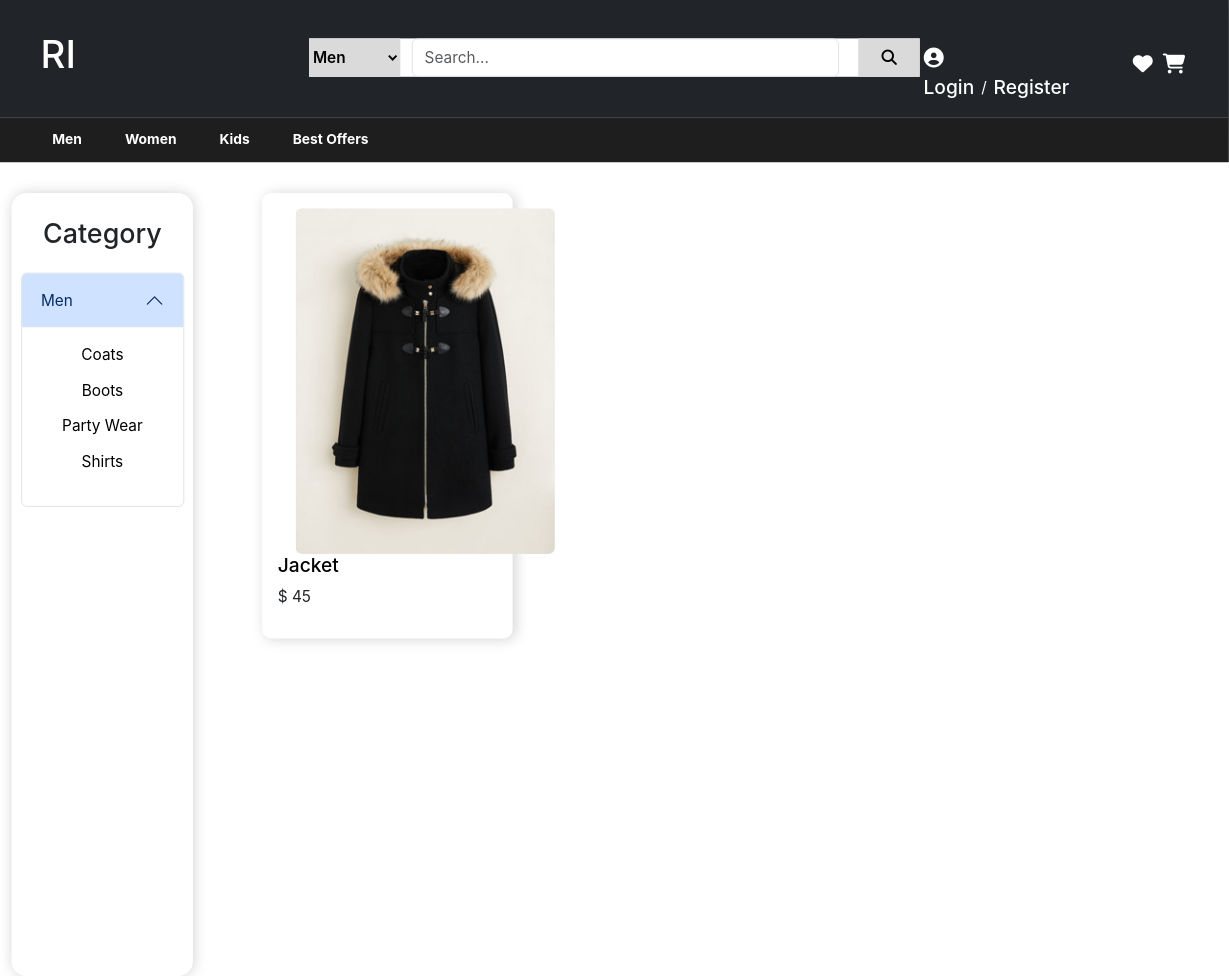
Repository: KodandaraoChellapilli/e-store
Page: /
An editor plug-in stored every save of this project. The page is shown before and after the next save, followed by the edit.
The browser window is 1280 px wide. The pictures show the whole page, at 96% of full size.
The project was rebuilt for these pictures with package versions that can differ from the ones it lists, and the page was loaded fresh each time. Also part of the build but not shown: src/App.css.

Above is the page before, as saved 2025-06-10 13:57:31.

After the next save:
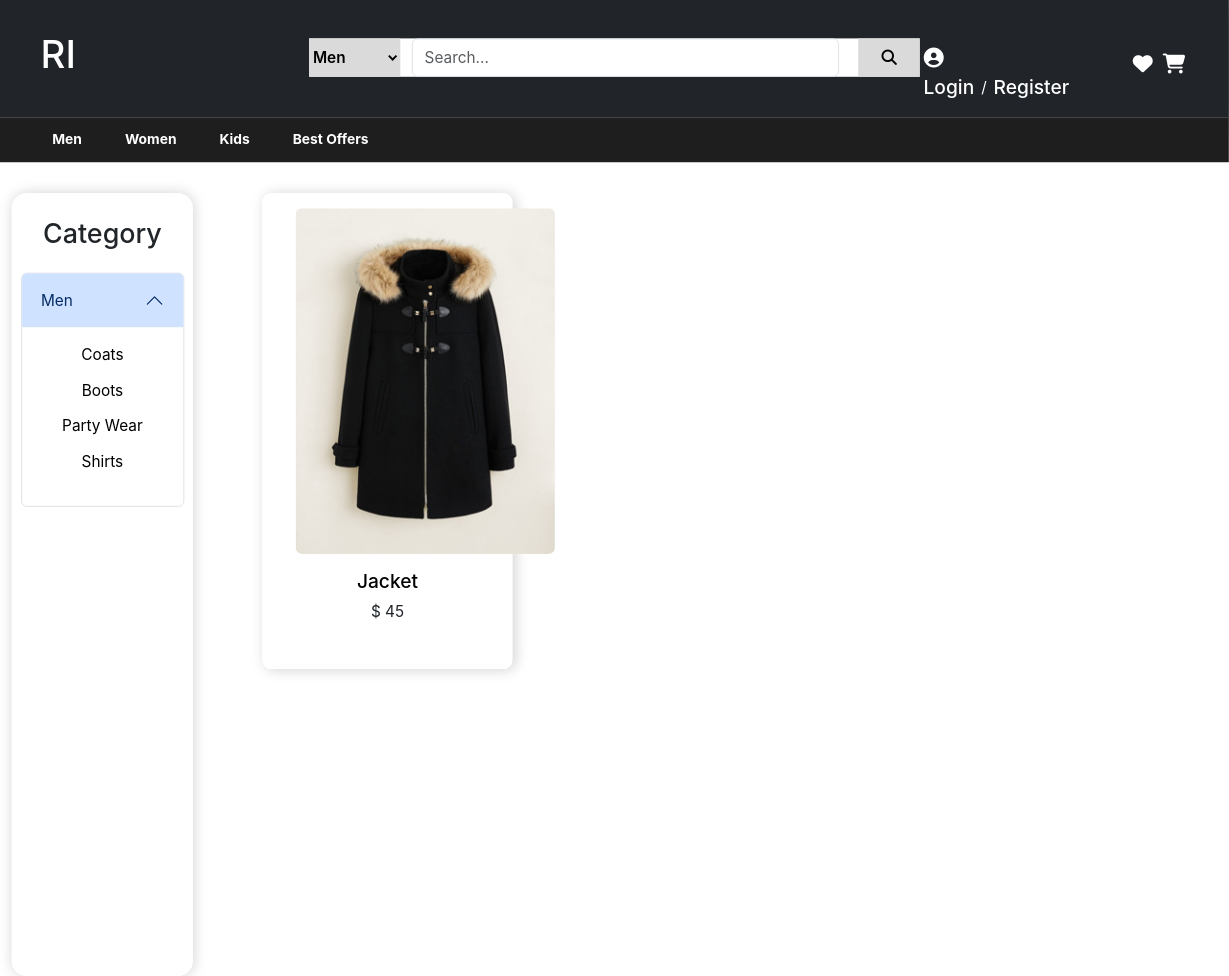
Saved 54 s later.
--- a/src/Components/Products/_products.scss
+++ b/src/Components/Products/_products.scss
@@ -14,4 +14,10 @@
             border-radius: 0.4em
         }
     }
+
+
+    .product-info{
+        padding: 1em;
+        text-align: center;
+    }
 }
